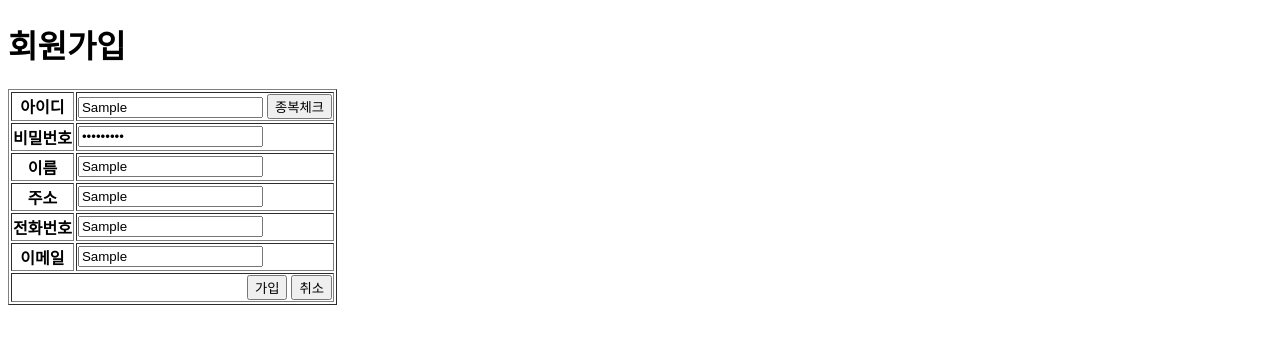
Repository: charamee/Web_kh
Page: http://localhost/Jsp04_LoginBoard/regist.jsp
The author's editor kept a copy of each file at every save. The page is drawn from the files as they stood at one save, then again after the next save.
The browser window is 1280 px wide. The pictures show the whole page.
Empty fields were first filled with sample values (such as "Sample", 5 or name@example.com).
After loading, the first visible `input[onclick="idCheckProc();"]` was clicked once.
The page is served by Tomcat 9.

Above is the page before, as saved 2021-02-22 04:48:18.
Console error: ReferenceError: idCheckProc is not defined

After the next save:
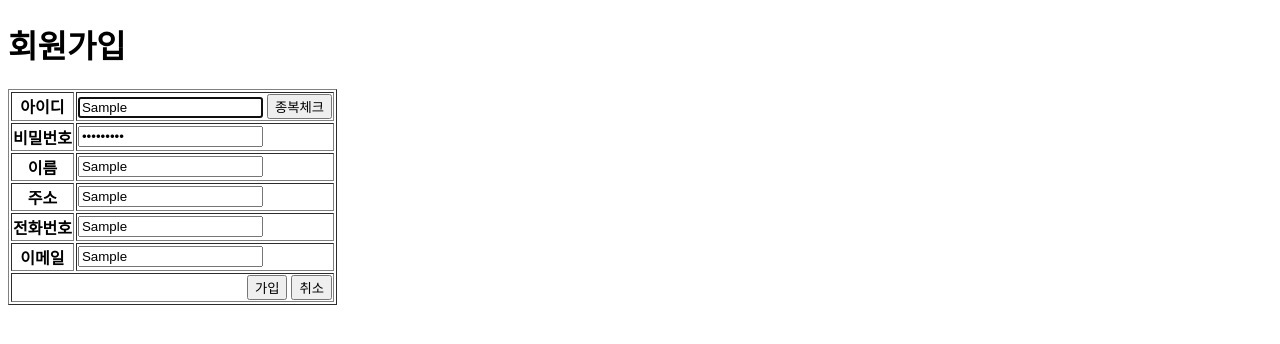
The error is gone.
Saved 77 s later.
--- a/Workspace_WEB/Jsp04_LoginBoard/WebContent/regist.jsp
+++ b/Workspace_WEB/Jsp04_LoginBoard/WebContent/regist.jsp
@@ -7,6 +7,19 @@
 <head>
 <meta charset="UTF-8">
 <title>Insert title here</title>
+
+<script type="text/javascript">
+
+ function idCheckProc() {
+	 var chk = document.getElementsByName ("myid")[0].title;
+	 if(chk == 'n'){
+		 alert("id 중복체크를 해주세요!");
+		 document.getElementsByName("myid")[0].focus();
+	 }
+
+}
+
+</script>
 </head>
 <body>
 
